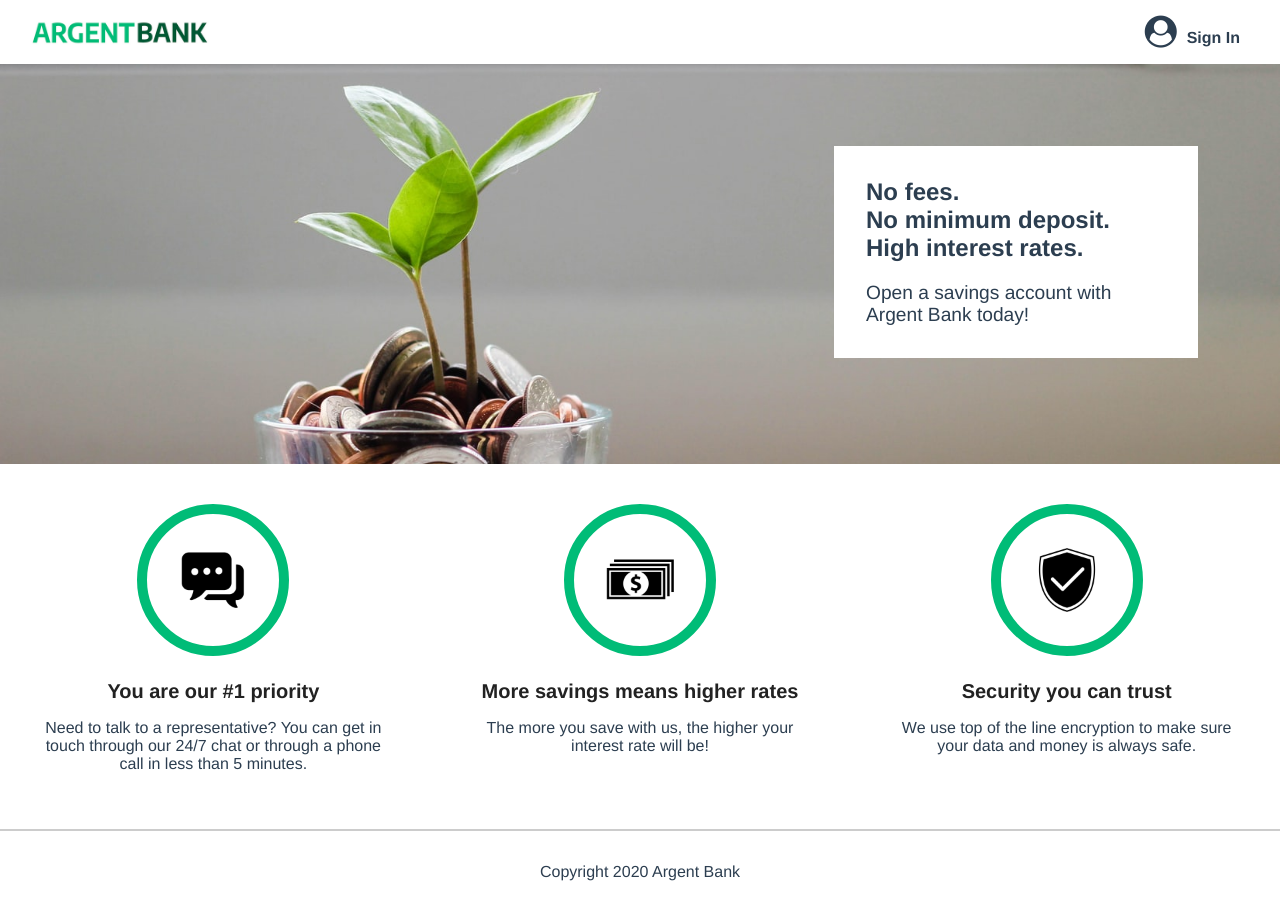
Repository: Dimple3377/ArgentBank-website
Page: / (app in banking-app/)
These files come from the project's save history. The page is drawn as it stood at one moment and after the next save; the edit follows.
The browser window is 1280 px wide. The pictures show the whole page.
The project was rebuilt for these pictures with package versions that can differ from the ones it lists, and the page was loaded fresh each time. Also part of the build but not shown: banking-app/src/components/LoginForm.jsx, banking-app/src/pages/SignInPage.jsx, banking-app/src/pages/UserPage.jsx, banking-app/src/components/EditNameForm.jsx, banking-app/src/pages/EditUserPage.jsx.

Above is the page before, as saved 2024-05-26 20:38:04.

After the next save:
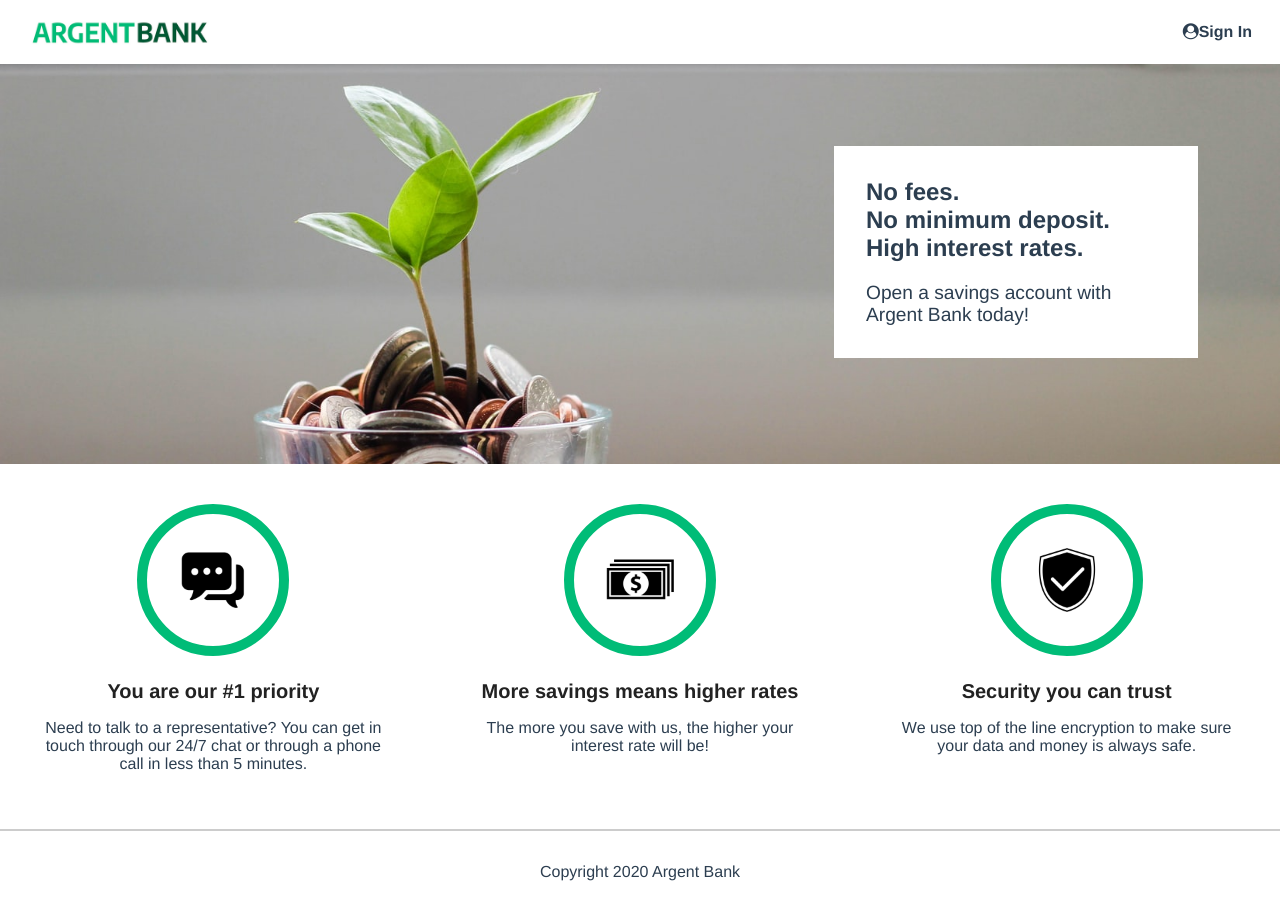
Saved 8 min 33 s later.
--- a/banking-app/src/pages/EditUserPage.css
+++ b/banking-app/src/pages/EditUserPage.css
@@ -1,17 +1,17 @@
-/* Agrandir les icônes */
-.fa {
-  font-size: 2em;
-  margin-right: 10px;
-}
-.main-nav .main-nav-item {
+/* EditUserPage.css */
+.edit-user-nav .main-nav-item {
   margin-right: 20px; /* Espace entre les icônes */
 }
 
-.main-nav .username {
+.edit-user-nav .username {
   margin-right: 10px; /* Espace entre le nom d'utilisateur et les icônes */
   font-size: 18px;
 }
-/* Ajouter de l'espace entre les boutons */
+
+.edit-user-nav .fa-user-circle,
+.edit-user-nav .fa-sign-out {
+  font-size: 24px; /* Taille des icônes */
+}
 .edit-button {
   margin-right: 10px;
   margin-bottom: 10px;
